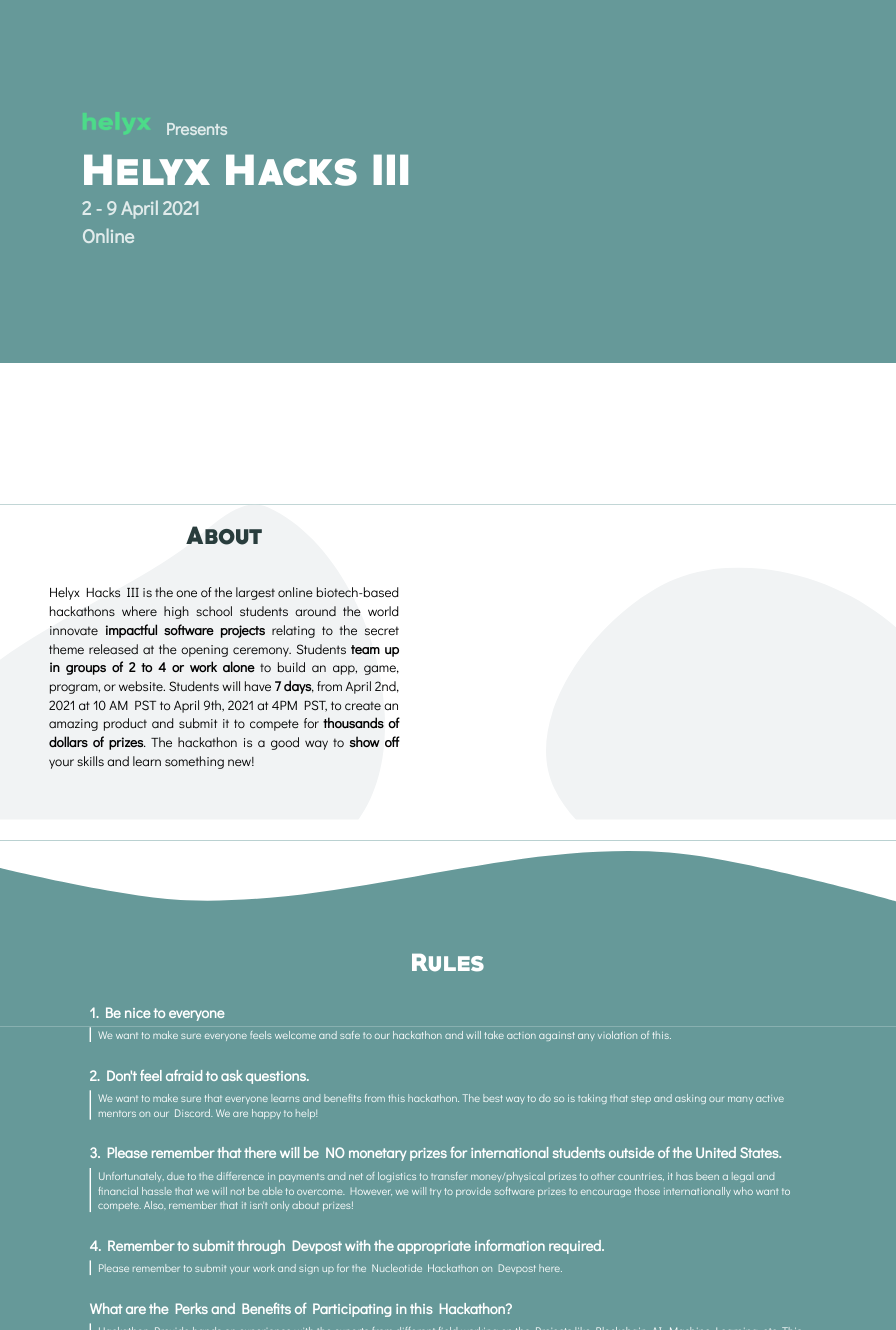
Repository: yashg4509/helyxhacksIII
Page: index.html
An editor plug-in stored every save of this project. The page is shown before and after the next save, followed by the edit.
The browser window is 1280 px wide. The pictures show the part of the page from y = 71 to 1971 px (the page is 10077 px tall before and 9612 px after), at 70% of full size.
A picture or video elsewhere on the page could not be fetched, so the positions and the page height are approximate.

Above is the page before, as saved 2021-02-17 22:56:49.

After the next save:
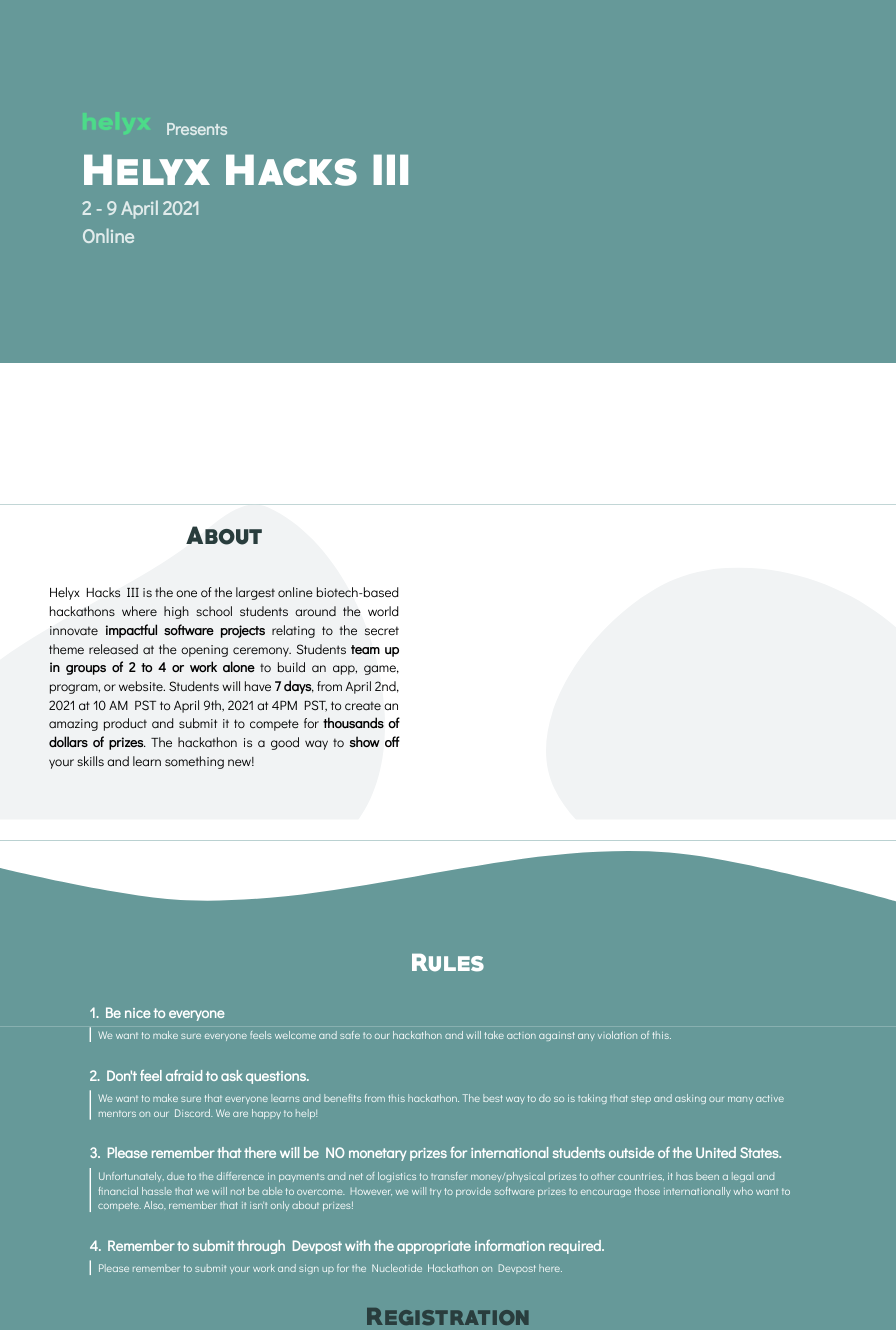
Saved 18 s later.
--- a/index.html
+++ b/index.html
@@ -152,48 +152,6 @@
 						Please remember to submit your work and sign up for the Nucleotide Hackathon on Devpost <a href="https://helyx-hacks.devpost.com/">here</a>.
 					</div>
 				</div>
-				<div class="faq">
-					<div class="question">
-						What are the Perks and Benefits of Participating in this Hackathon?
-					</div>
-					<div class="answer">
-						Hackathon Provide hands on experience with the experts from different field working on the
-						Projects like Blockchain, AI, Machine Learning, etc. This will help to give a head start if any
-						one want to make project on the field. Along with that the participant will be provided with
-						cool swags, stickers and refreshments to keep them up.
-					</div>
-				</div>
-				<div class="faq">
-					<div class="question">
-						What are the Accommodation Facility for the Participant from Outside the College?
-					</div>
-					<div class="answer">
-						Participant will be provided with Accommodation and Food in the Guest House of the College
-						during the Hackathon Period.
-					</div>
-				</div>
-				<div class="faq">
-					<div class="question">
-						How to reach NIT Hamirpur for the event?
-					</div>
-					<div class="answer">
-						The nearest airport is Dharamshala (Gaggal, district Kangra). You can easily find flights from
-						Delhi airport to Gaggal airport. From Gaggal bus stand, you have to take bus or private taxi to
-						Hamirpur. Otherwise, direct buses to Hamirpur is also available from Delhi ISBT, from Chandigarh
-						and from other places.
-					</div>
-				</div>
-				<div class="faq">
-					<div class="question">
-						I have a question related to hackathon which is not listed above. What should I do?
-					</div>
-					<div class="answer">
-						Feel free to reach us out. Just drop us a mail at <a
-							href="mailto:hackonhills@gmail.com">hackonhills@gmail.com</a><br>
-						You can also contact one of our organizers: Nitin (+91-8619295061), Aditya (+91-7976223877),
-						Jatin (+91-7018352269)
-					</div>
-				</div>
 			</div>
 
 		<div class="frame frame6">
